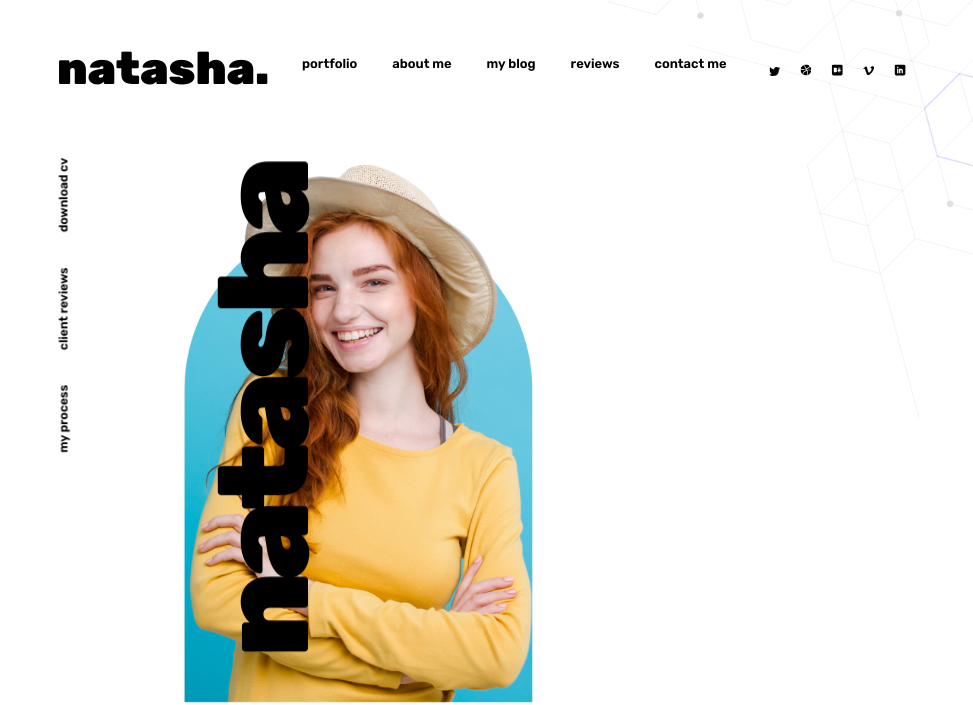
Repository: BuduCE/landing-page
Page: natasha-lp/index.html
These files come from the project's save history. The page is drawn as it stood at one moment and after a run of saves; the edit follows.
The browser window is 1280 px wide. The pictures show the whole page, at 76% of full size.

Above is the page before, as saved 2022-03-04 22:12:28.

After the next 2 saves:
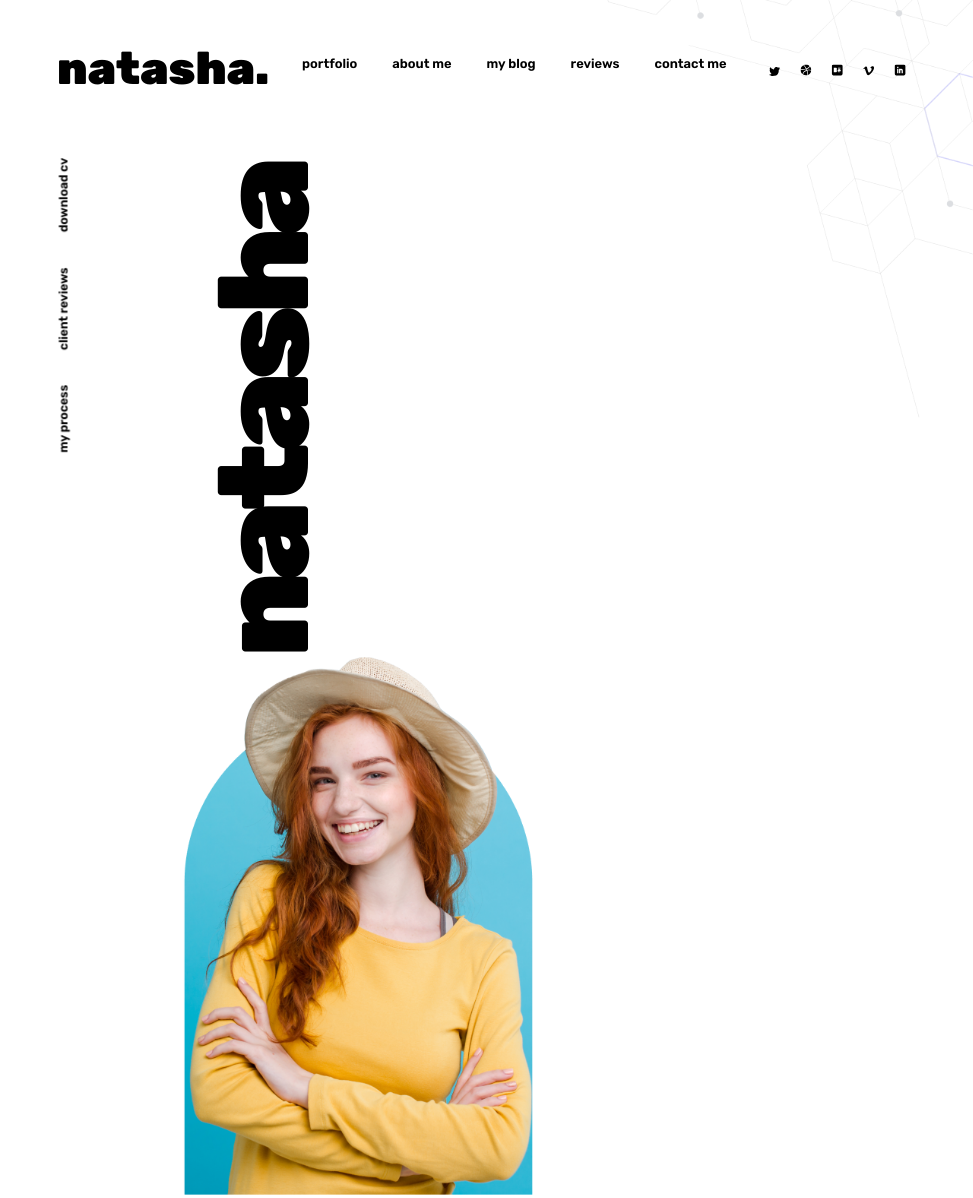
The 2 saves are shown as one change because they came seconds apart.
The last was saved 6 s later.
--- a/natasha-lp/assets/css/style.css
+++ b/natasha-lp/assets/css/style.css
@@ -89,6 +89,7 @@
 .natasha_img h1 {
     /* left: 15.138rem;
     bottom: 8.25rem; */
+    left
     position: fixed;
     writing-mode: vertical-rl;
     transform: rotate(180deg);

After the save that followed:
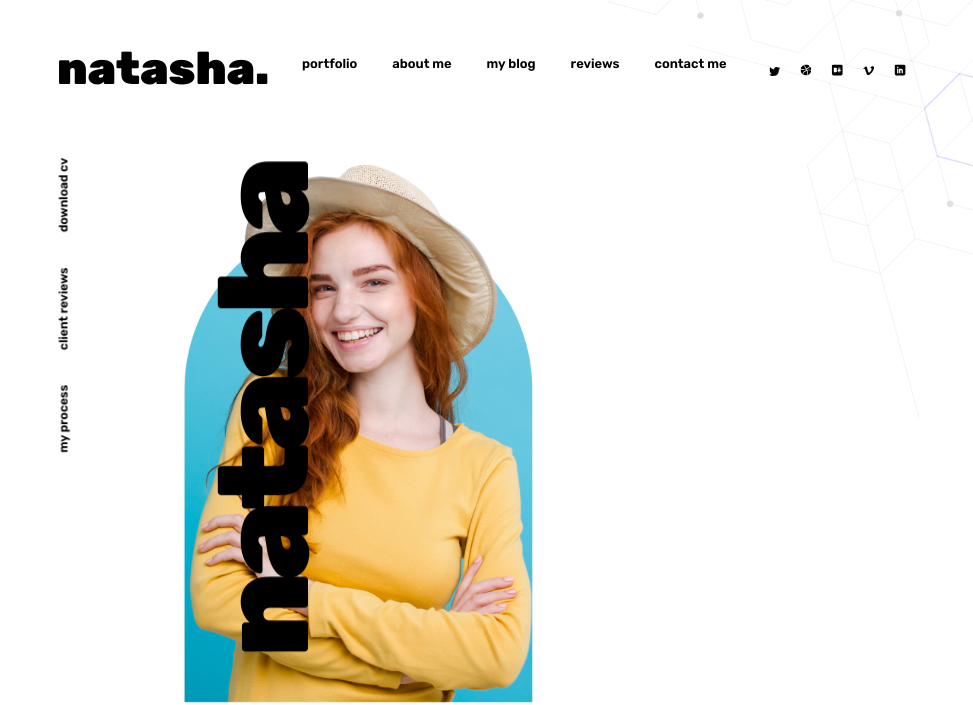
Saved 4 s later.
--- a/natasha-lp/assets/css/style.css
+++ b/natasha-lp/assets/css/style.css
@@ -89,7 +89,6 @@
 .natasha_img h1 {
     /* left: 15.138rem;
     bottom: 8.25rem; */
-    left
     position: fixed;
     writing-mode: vertical-rl;
     transform: rotate(180deg);
